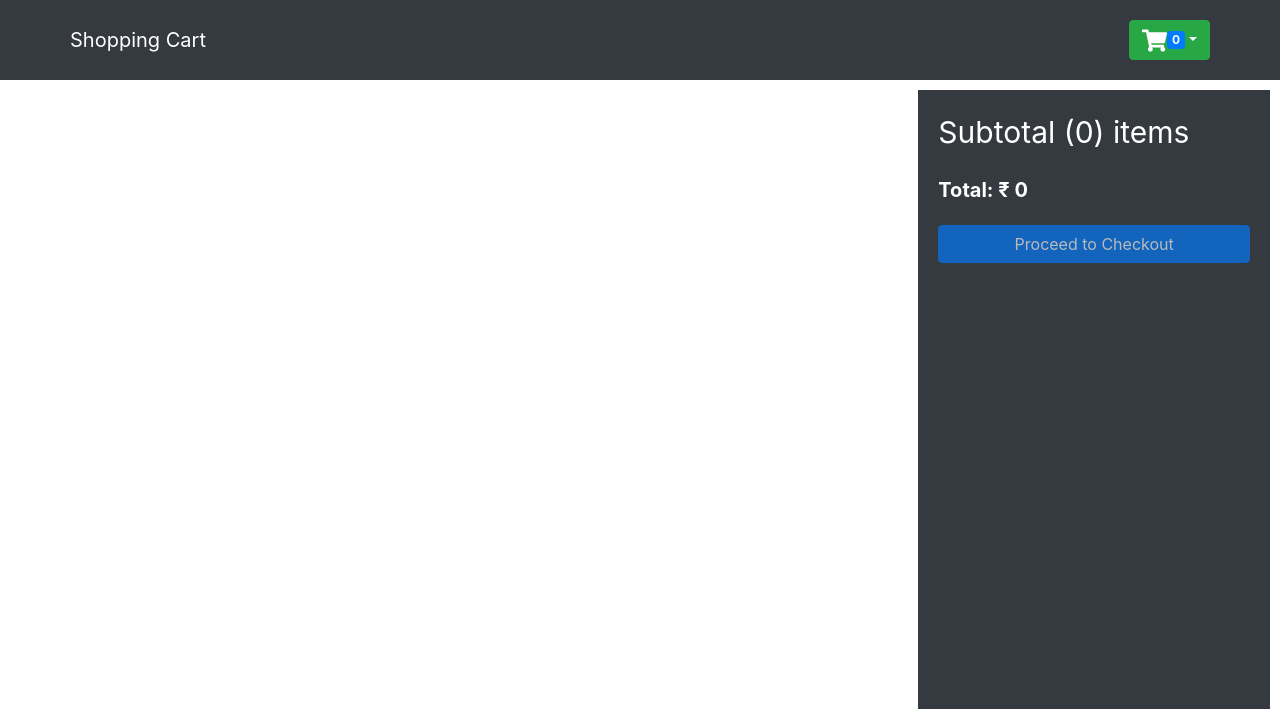
Repository: GokulDev4U/Ecommerce_filter
Page: /cart
An editor plug-in stored every save of this project. The page is shown before and after the next save, followed by the edit.
The browser window is 1280 px wide. The pictures show the whole page.
The project was rebuilt for these pictures with package versions that can differ from the ones it lists, and the page was loaded fresh each time. Also part of the build but not shown: src/Components/Rating.jsx, src/Components/Filters.jsx, src/Components/SingleProduct.jsx, src/Components/Home.jsx.

Above is the page before, as saved 2022-06-19 00:33:01.

### src/context/Context.js
import { useContext, useReducer, createContext } from "react";
import faker from "faker";
import { cartReducer, productReducer } from "./Reducers";

const Cart = createContext();
const Context = ({ children }) => {
  const products = [...Array(20)].map(() => ({
    id: faker.datatype.uuid(),
    name: faker.commerce.productName(),
    price: faker.commerce.price(),
    image: faker.random.image(),
    inStock: faker.random.arrayElement([0, 3, 5, 6, 7]),
    fastDelivery: faker.datatype.boolean(),
    ratings: faker.random.arrayElement([1, 2, 3, 4, 5]),
  }));

  const [state, dispatch] = useReducer(cartReducer, {
    products: products,
    cart: [],
  });

  const [productState, productDispatch] = useReducer(productReducer, {
    byStock: false,
    byFastDelivery: false,
    byRating: 0,
    searchQuery: "",
  });

  return (
    <Cart.Provider value={{ state, dispatch, productState, productDispatch }}>
      {children}
    </Cart.Provider>
  );
};
export const CartState = () => {
  return useContext(Cart);
};
export default Context;

### src/Components/Cart.jsx

import { useEffect, useState } from "react";
import { Button, Col, Form, Image, ListGroup, Row } from "react-bootstrap";
import { AiFillDelete } from "react-icons/ai";
import { CartState } from "../context/Context";
import Rating from "./Rating";

const Cart = () => {
    const {
        state: { cart },
        dispatch,
    } = CartState();
    const [total, setTotal] = useState();

    useEffect(() => {
        setTotal(
            cart.reduce((acc, curr) => acc + Number(curr.price) * curr.qty, 0)
        );
    }, [cart]);

    return (
        <div className="home">
            <div className="productContainer">
                <ListGroup>
                    {cart.map((prod) => (
                        <ListGroup.Item key={prod.id}>
                            <Row>
                                <Col md={2}>
                                    <Image src={prod.image} alt={prod.name} fluid rounded />
                                </Col>
                                <Col md={2}>
                                    <span>{prod.name}</span>
                                </Col>
                                <Col md={2}>₹ {prod.price}</Col>
                                <Col md={2}>
                                    <Rating rating={prod.ratings} />
                                </Col>
                                <Col md={2}>
                                    <Form.Control
                                        as="select"
                                        value={prod.qty}
                                        onChange={(e) =>
                                            dispatch({
                                                type: "CHANGE_CART_QTY",
                                                payload: {
                                                    id: prod.id,
                                                    qty: e.target.value,
                                                },
                                            })
                                        }
                                    >
                                        {[...Array(prod.inStock).keys()].map((x) => (
                                            <option key={x + 1}>{x + 1}</option>
                                        ))}
                                    </Form.Control>
                                </Col>
                                <Col md={2}>
                                    <Button
                                        type="button"
                                        variant="light"
                                        onClick={() =>
                                            dispatch({
                                                type: "REMOVE_FROM_CART",
                                                payload: prod,
                                            })
                                        }
                                    >
                                        <AiFillDelete fontSize="20px" />
                                    </Button>
                                </Col>
                            </Row>
                        </ListGroup.Item>
                    ))}
                </ListGroup>
            </div>
            <div className="filters summary">
                <span className="title">Subtotal ({cart.length}) items</span>
                <span style={{ fontWeight: 700, fontSize: 20 }}>Total: ₹ {total}</span>
                <Button type="button" disabled={cart.length === 0}>
                    Proceed to Checkout
                </Button>
            </div>
        </div>
    );
};

export default Cart;

### src/Components/Header.jsx
import { FaShoppingCart } from "react-icons/fa";
import { AiFillDelete } from "react-icons/ai";
import {
    Badge,
    Button,
    Container,
    Dropdown,
    FormControl,
    Nav,
    Navbar,
} from "react-bootstrap";
import { Link, useLocation } from "react-router-dom";
import { CartState } from "../context/Context";
import "./styles.css";

const Header = () => {
    const {
        state: { cart },
        dispatch,
        productDispatch,
    } = CartState();

    return (
        <Navbar bg="dark" variant="dark" style={{ height: 80 }}>
            <Container>
                <Navbar.Brand>
                    <Link to="/">Shopping Cart</Link>
                </Navbar.Brand>
                {useLocation().pathname.split("/")[1] !== "cart" && (
                    <Navbar.Text className="search">
                        <FormControl
                            style={{ width: 500 }}
                            type="search"
                            placeholder="Search a product..."
                            className="m-auto"
                            aria-label="Search"
                            onChange={(e) => {
                                productDispatch({
                                    type: "FILTER_BY_SEARCH",
                                    payload: e.target.value,
                                });
                            }}
                        />
                    </Navbar.Text>
                )}
                <Nav>
                    <Dropdown>
                        <Dropdown.Toggle variant="success">
                            <FaShoppingCart color="white" fontSize="25px" />
                            <Badge>{cart.length}</Badge>
                        </Dropdown.Toggle>

                        <Dropdown.Menu style={{ minWidth: 370 }}>
                            {cart.length > 0 ? (
                                <>
                                    {cart.map((prod) => (
                                        <span className="cartitem" key={prod.id}>
                                            <img
                                                src={prod.image}
                                                className="cartItemImg"
                                                alt={prod.name}
                                            />
                                            <div className="cartItemDetail">
                                                <span>{prod.name}</span>
                                                <span>₹ {prod.price.split(".")[0]}</span>
                                            </div>
                                            <AiFillDelete
                                                fontSize="20px"
                                                style={{ cursor: "pointer" }}
                                                onClick={() =>
                                                    dispatch({
                                                        type: "REMOVE_FROM_CART",
                                                        payload: prod,
                                                    })
                                                }
                                            />
                                        </span>
                                    ))}
                                    <Link to="/cart">
                                        <Button style={{ width: "95%", margin: "0 10px" }}>
                                            Go To Cart
                                        </Button>
                                    </Link>
                                </>
                            ) : (
                                <span style={{ padding: 10 }}>Cart is Empty!</span>
                            )}
                        </Dropdown.Menu>
                    </Dropdown>
                </Nav>
            </Container>
        </Navbar>
    );
};

export default Header;

### src/context/Reducers.js
export const cartReducer = (state, action) => {
  switch (action.type) {
    case "ADD_TO_CART":
      return { ...state, cart: [...state.cart, { ...action.payload, qty: 1 }] };
    case "REMOVE_FROM_CART":
      return {
        ...state,
        cart: state.cart.filter((c) => c.id !== action.payload.id),
      };
    case "CHANGE_CART_QTY":
      return {
        ...state,
        cart: state.cart.filter((c) =>
          c.id === action.payload.id ? (c.qty = action.payload.qty) : c.qty
        ),
      };
    default:
      return state;
  }
};

export const productReducer = (state, action) => {
  switch (action.type) {
    case "SORT_BY_PRICE":
      return { ...state, sort: action.payload };
    case "FILTER_BY_STOCK":
      return { ...state, byStock: !state.byStock };
    case "FILTER_BY_DELIVERY":
      return { ...state, byFastDelivery: !state.byFastDelivery };
    case "FILTER_BY_RATING":
      return { ...state, byRating: action.payload };
    case "FILTER_BY_SEARCH":
      return { ...state, searchQuery: action.payload };
    case "CLEAR_FILTERS":
      return { byStock: false, byFastDelivery: false, byRating: 0 };
    default:
      return state;
  }
};

### src/Components/styles.css
.header {
    display: block;
    text-align: center;
    font-size: 30px;
    margin: 10px 0;
  }

  .cartitem {
    display: flex;
    justify-content: space-between;
    align-items: center;
    margin: 0 20px;
    margin-bottom: 20px;
  }

  .cartItemImg {
    border-radius: 50%;
    width: 50px;
    height: 50px;
    object-fit: cover;
  }

  .cartItemDetail {
    display: flex;
    flex: 1;
    padding: 0 20px;
    flex-direction: column;
  }

  /* Home Page */

  .home {
    display: flex;
  }

  .filters {
    background-color: #343a40;
    color: white;
    padding: 20px;
    display: flex;
    flex-direction: column;
    width: 20%;
    margin: 10px;
    height: 86vh;
  }

  .filters > span {
    padding-bottom: 20px;
  }

  .title {
    font-size: 30px;
  }

  .productContainer {
    display: flex;
    width: 78%;
    padding: 20px;
    flex-wrap: wrap;
    justify-content: space-around;
  }

  .products {
    width: 30%;
    margin: 10px;
  }

  .summary {
    width: 30%;
  }

  /* Media Queries */
  @media (max-width: 771px) {
    .filters {
      width: 40%;
      padding: 10px;
      margin: 5px;
    }

    .filters > span {
      font-size: 10px;
    }

    .title {
      font-size: 18px !important;
    }

    .productContainer {
      width: 58%;
      padding: 0;
    }

    .search {
      display: none !important;
    }

    .products {
      width: 100%;
    }
  }

Loaded but not shown: public/index.html (common file); src/index.js (common file); src/index.css (common file); src/App.js (common file); src/App.css (common file)

After the next save:
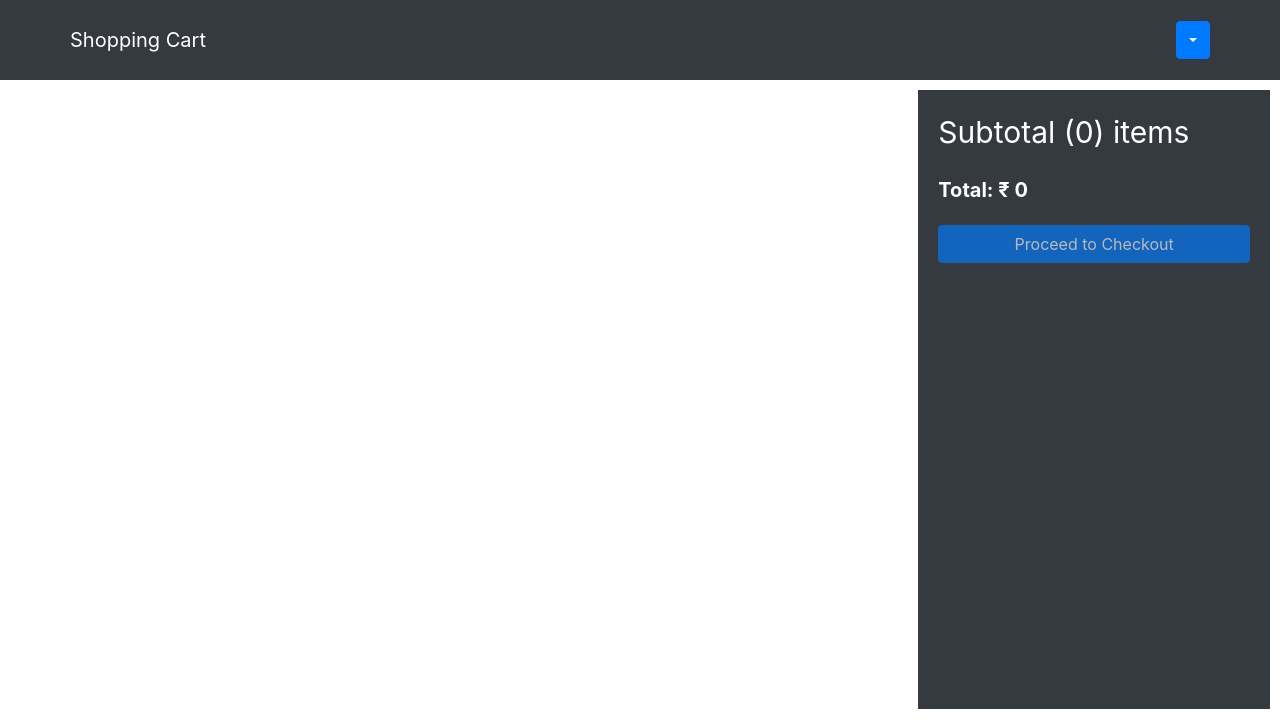
Saved 14 min 13 s later.
--- a/src/Components/Header.jsx
+++ b/src/Components/Header.jsx
@@ -5,6 +5,7 @@
     Button,
     Container,
     Dropdown,
+    DropdownButton,
     FormControl,
     Nav,
     Navbar,
@@ -44,7 +45,8 @@
                     </Navbar.Text>
                 )}
                 <Nav>
-                    <Dropdown>
+                    {/* <Dropdown> */}
+                    <DropdownButton align="end">
                         <Dropdown.Toggle variant="success">
                             <FaShoppingCart color="white" fontSize="25px" />
                             <Badge>{cart.length}</Badge>
@@ -86,7 +88,7 @@
                                 <span style={{ padding: 10 }}>Cart is Empty!</span>
                             )}
                         </Dropdown.Menu>
-                    </Dropdown>
+                    </DropdownButton>
                 </Nav>
             </Container>
         </Navbar>

After the save that followed:
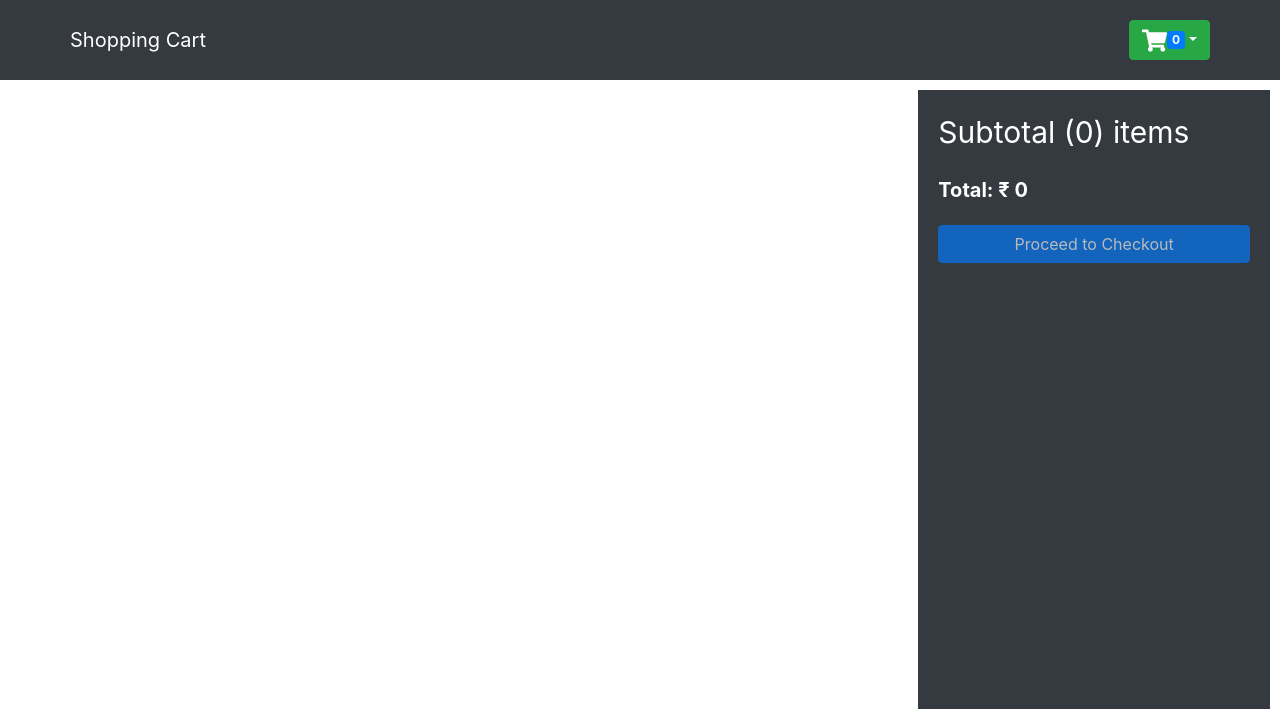
Saved 36 s later.
--- a/src/Components/Header.jsx
+++ b/src/Components/Header.jsx
@@ -5,7 +5,6 @@
     Button,
     Container,
     Dropdown,
-    DropdownButton,
     FormControl,
     Nav,
     Navbar,
@@ -45,8 +44,7 @@
                     </Navbar.Text>
                 )}
                 <Nav>
-                    {/* <Dropdown> */}
-                    <DropdownButton align="end">
+                    <Dropdown>
                         <Dropdown.Toggle variant="success">
                             <FaShoppingCart color="white" fontSize="25px" />
                             <Badge>{cart.length}</Badge>
@@ -88,7 +86,7 @@
                                 <span style={{ padding: 10 }}>Cart is Empty!</span>
                             )}
                         </Dropdown.Menu>
-                    </DropdownButton>
+                    </Dropdown>
                 </Nav>
             </Container>
         </Navbar>
